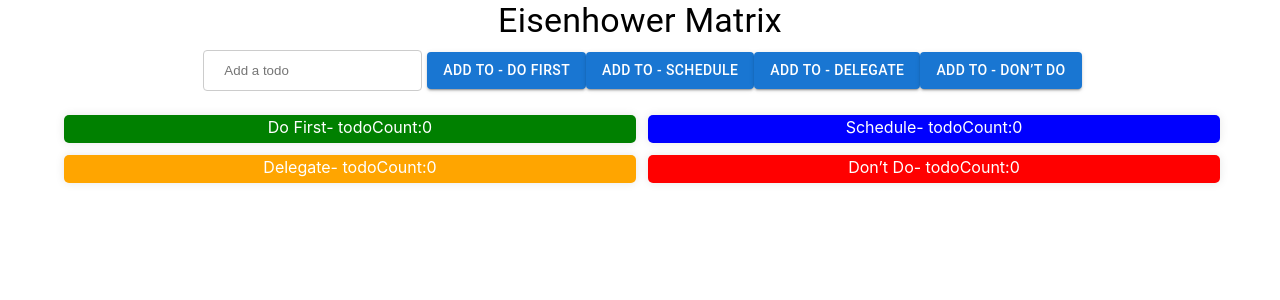
Repository: GokulDev4U/Krixi_react_assignment
Page: /
An editor plug-in stored every save of this project. The page is shown before and after the next save, followed by the edit.
The browser window is 1280 px wide. The pictures show the whole page.
The project was rebuilt for these pictures with package versions that can differ from the ones it lists, and the page was loaded fresh each time.

Above is the page before, as saved 2022-04-05 13:55:57.

After the next save:
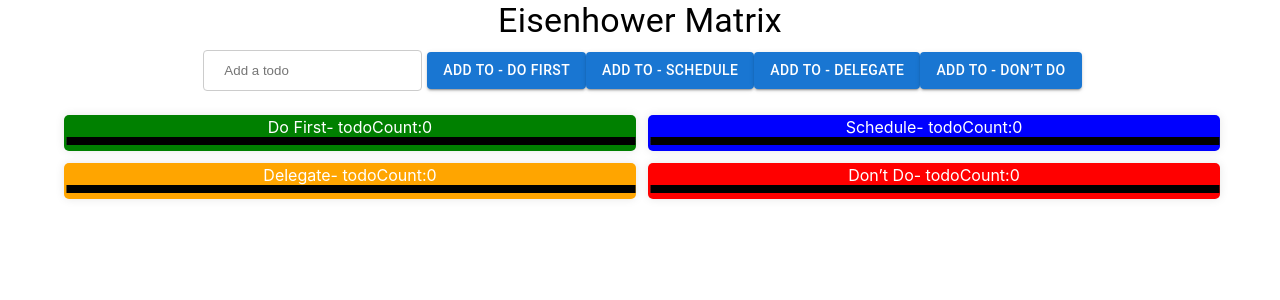
Saved 5 s later.
--- a/src/Components/card/Card.css
+++ b/src/Components/card/Card.css
@@ -20,5 +20,5 @@
       height: 100%;
       background-color: rgb(187, 231, 202);
       border-radius: 5px;
-      /* border: 1px solid black; */
+      border: 1px solid black;
  }

After the save that followed:
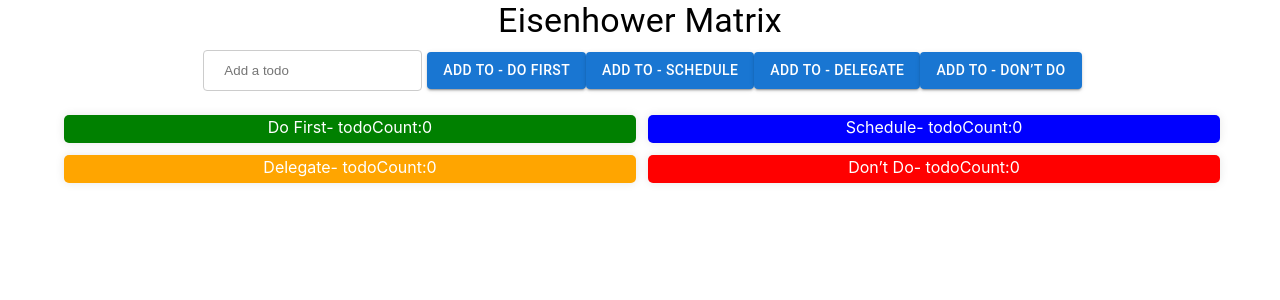
Saved 17 s later.
--- a/src/Components/card/Card.css
+++ b/src/Components/card/Card.css
@@ -12,13 +12,11 @@
     display: flex;
     flex-direction: column;
     justify-content: space-around;
-    /* border: 2px solid black;
-    border-radius: 5px; */
  }
  .card-content-item{
       width: 100%;
       height: 100%;
       background-color: rgb(187, 231, 202);
       border-radius: 5px;
-      border: 1px solid black;
+      /* border: 1px solid black; */
  }
